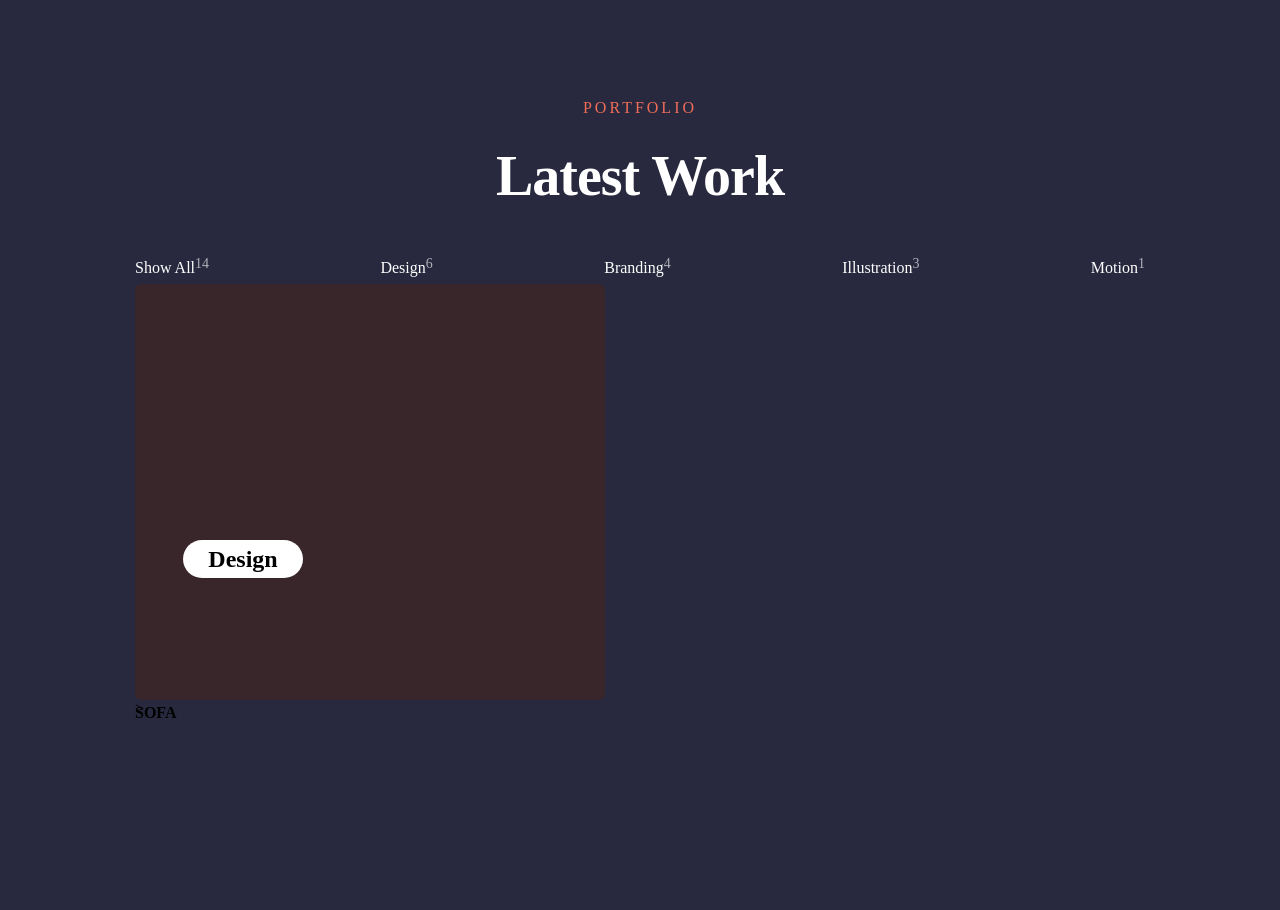
Repository: kubrazamanova/Position-3
Page: index.html
These files come from the project's save history. The page is drawn as it stood at one moment and after the next save; the edit follows.
The browser window is 1280 px wide. The pictures show the whole page.

Above is the page before, as saved 2023-10-21 11:07:47.

### index.html
<!DOCTYPE html>
<html lang="en">
  <head>
    <meta charset="UTF-8" />
    <meta name="viewport" content="width=device-width, initial-scale=1.0" />
    <link rel="stylesheet" href="index.css" />
    <title>Document</title>
  </head>
  <body>
    <div class="container">
      <div class="box-1">
        <h1>Portfolio</h1>
        <b>Latest Work</b>
      </div>

      <div class="number">
        <ul>
          <li>
            <p>Show All</p>
            <b>14</b>
          </li>

          <li>
            <p>Design</p>
            <b>6</b>
          </li>

          <li>
            <p>Branding</p>
            <b>4</b>
          </li>

          <li>
            <p>Illustration</p>
            <b>3</b>
          </li>

          <li>
            <p>Motion</p>
            <b>1</b>
          </li>
        </ul>
      </div>

      <div class="box">
        <img src="./image/01.svg" alt="" />
        <h2 class="design">Design</h2>
        <b>SOFA</b>
      </div>

>
<!--
      <div class="bej-square">
        <img src="./image/02.svg" alt="" />
        <h2>Illustration</h2>

        <div class="bej-01">
          <b>Work Media</b>
        </div>
      </div> -->
    </div>
  </body>
</html>

### index.css
* {
  margin: 0;
  padding: 0;
  box-sizing: border-box;
}

.container {
  padding: 92px 135px 192px 135px;
  min-height: 100vh;
  background: #28293e;
}
.container .box-1 {
  display: flex;
  flex-direction: column;
}

.container .box-1 h1 {
  margin-bottom: 20px;
  color: var(--Text_Light_Accent, #ef6d58);
  text-align: center;
  font-family: Epilogue;
  font-size: 16px;
  font-style: normal;
  font-weight: 400;
  line-height: 32px;
  letter-spacing: 3px;
  text-transform: uppercase;
}

.container .box-1 b {
  color: var(--Text_Light, #fff);
  text-align: center;
  font-feature-settings: "clig" off, "liga" off;
  font-family: Epilogue;
  font-size: 56px;
  font-style: normal;
  font-weight: 800;
  line-height: 64px;
  letter-spacing: -1px;
}

.container .number ul {
  position: relative;
}
.container ul {
  margin-top: 44px;
  display: flex;
  justify-content: space-between;
}

.container ul li {
  display: flex;
  list-style-type: none;
}

.container ul li p {
  color: var(--Text_Light, #fff);
  font-feature-settings: "clig" off, "liga" off;
  font-family: Epilogue;
  font-size: 16px;
  font-style: normal;
  font-weight: 400;
  line-height: 32px;
}

.container ul li b {
  color: var(--Text_Light_Gray, rgba(255, 255, 255, 0.64));
  text-align: center;
  font-feature-settings: "clig" off, "liga" off;
  font-family: Epilogue;
  font-size: 14px;
  font-style: normal;
  font-weight: 400;
  line-height: 24px;
}





.box-33 {
  position: relative;
}

.bej-square {
  position: relative;
  top: 30px;
}

.bej-square h2 {
  width: 116px;
  height: 38px;
  border-radius: 19px;
  background: #fff;
  color: var(--Text_Dark, #391400);
  font-feature-settings: "clig" off, "liga" off;
  font-family: Epilogue;
  font-size: 16px;
  font-style: normal;
  font-weight: 400;
  line-height: 32px;
  display: flex;
  justify-content: center;
  position: absolute;
  bottom: 150px;
  left: 48px;
}

.bej-square .bej-01 b {
  color: var(--Text_Light, #fff);
  font-feature-settings: "clig" off, "liga" off;
  font-family: Epilogue;
  font-size: 40px;
  font-style: normal;
  font-weight: 800;
  line-height: 48px;
  position: relative;
  bottom: 70px;
  left: 48px;
}

.box{
  width: 470px;
height: 416px;
position: relative;
}
.box img{
  width: 470px;
height: 416px;
}
.container .box h2 {
  position: absolute;
  bottom: 122px;
  left: 48px;

  width: 120px;
  height: 38px;
  border-radius: 25px;
  background: #fff;
  display: flex;
  justify-content: center;
  align-items: center;
}
.container .red-01 b {
  color: var(--Text_Light, #fff);
  font-feature-settings: "clig" off, "liga" off;
  font-family: Epilogue;
  font-size: 40px;
  font-style: normal;
  font-weight: 800;
  line-height: 48px;
  position: relative;
  bottom: 100px;
  left: 48px;
}

After the next save:
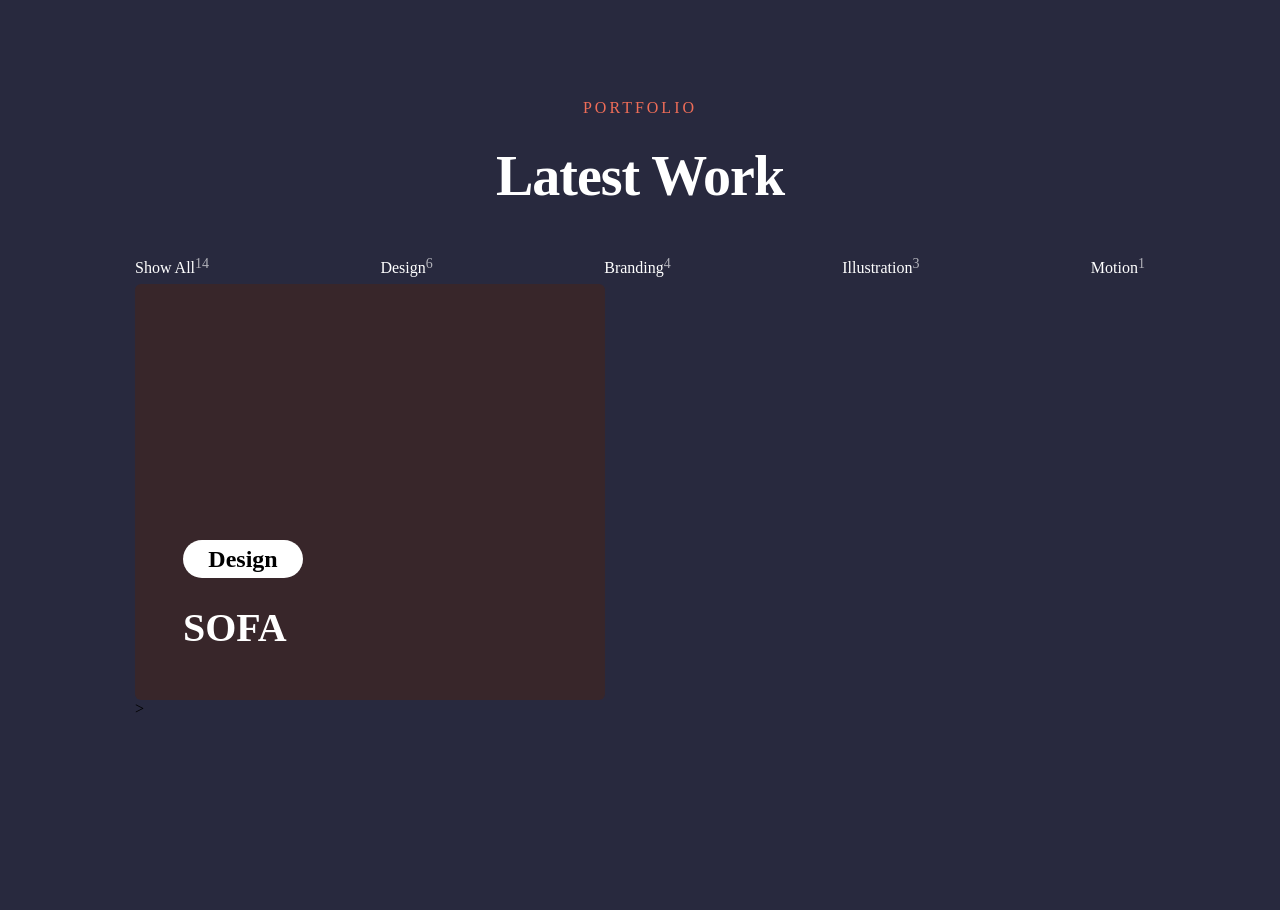
Saved 4 s later.
--- a/index.css
+++ b/index.css
@@ -141,7 +141,7 @@ height: 416px;
   justify-content: center;
   align-items: center;
 }
-.container .red-01 b {
+.container .box b {
   color: var(--Text_Light, #fff);
   font-feature-settings: "clig" off, "liga" off;
   font-family: Epilogue;
